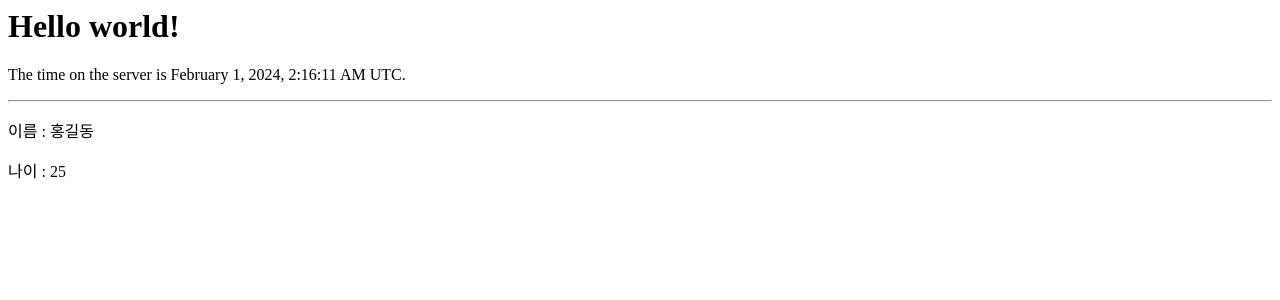
Repository: seonghun9906/sts3-Springboot
Page: http://localhost/spring-jsp02/
These files come from the project's save history. The page is drawn as it stood at one moment and after the next save; the edit follows.
The browser window is 1280 px wide. The pictures show the whole page.
The page is served by Tomcat 9. Other server files are loaded and not shown. The template is opened directly, without the code that normally fills it, so the values that code supplies are empty.

Above is the page before, as saved 2024-02-05 00:14:51.

### spring-jsp02/src/main/webapp/WEB-INF/views/home.jsp
<%@ page language="java" contentType="text/html; charset=UTF-8"
    pageEncoding="UTF-8"%>
<%@ taglib uri="http://java.sun.com/jsp/jstl/core" prefix="c" %>
<%@ page session="false" %>
<html>
<head>
	<title>Home</title>
</head>
<body>
<h1>
	Hello world!
</h1>

<P>  The time on the server is ${serverTime}. </P>
<hr>
<!-- Scriptlet / JAVA를 사용하는 부분 / 화면에 출력되지 않음 -->
<%
	String name = "홍길동";
	int age = 25;

%>
<p>이름 : <%=name%></p> <!-- 표현식 -->
<p>나이 : <%=age%></p>
</body>
</html>

After the next save:
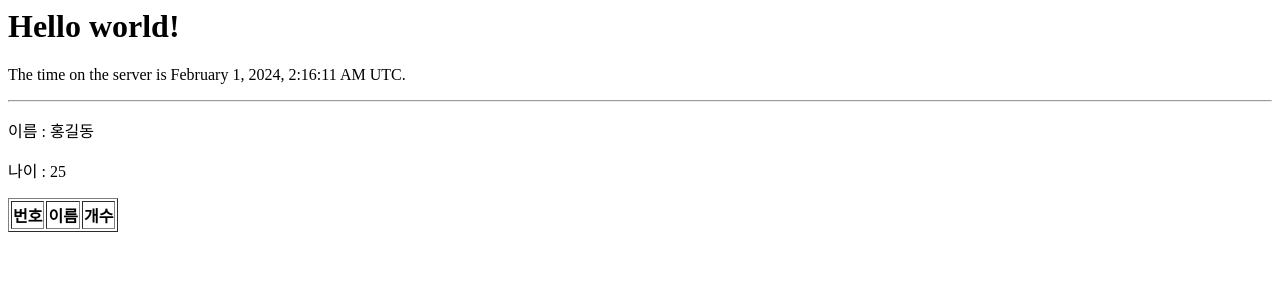
Saved 3 min 44 s later.
--- a/spring-jsp02/src/main/webapp/WEB-INF/views/home.jsp
+++ b/spring-jsp02/src/main/webapp/WEB-INF/views/home.jsp
@@ -21,5 +21,12 @@
 %>
 <p>이름 : <%=name%></p> <!-- 표현식 -->
 <p>나이 : <%=age%></p>
+<table border = "1">
+	<tr>
+		<th>번호</th>
+		<th>이름</th>
+		<th>개수</th>
+	</tr>
+</table>
 </body>
 </html>
